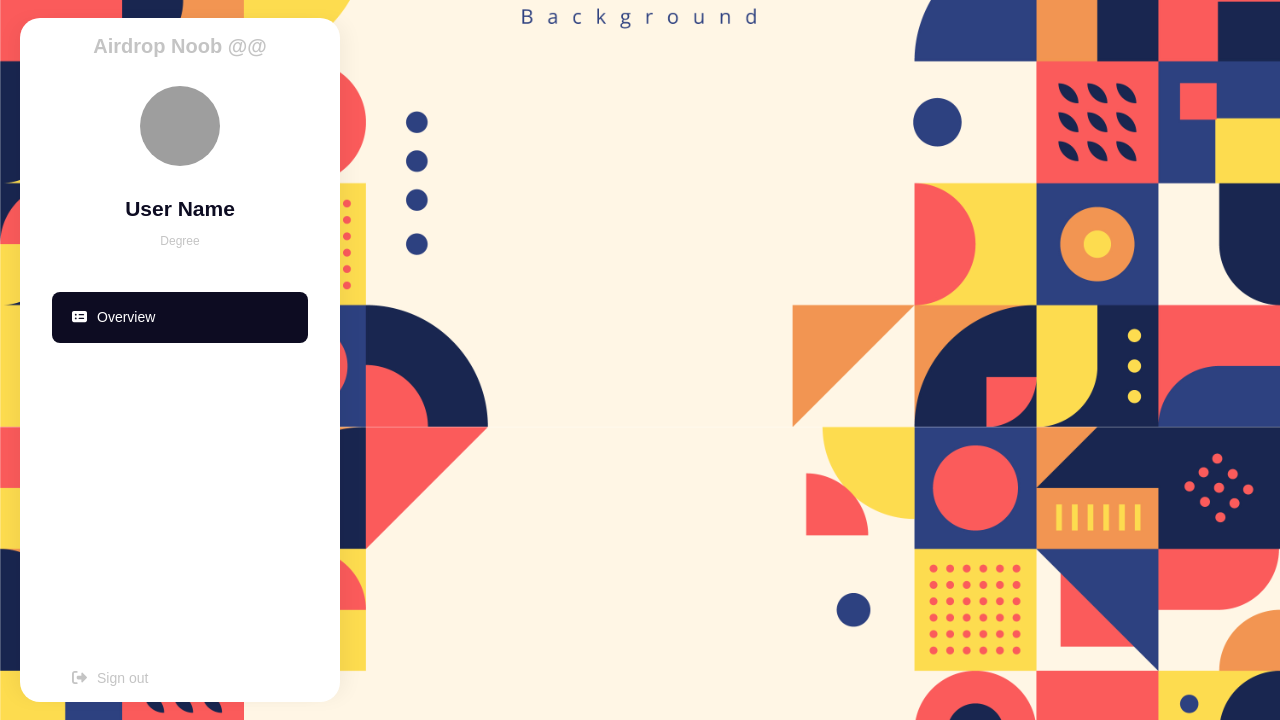
Repository: conGaStuer/airdropmamager
Page: /
An editor plug-in stored every save of this project. The page is shown before and after the next save, followed by the edit.
The browser window is 1280 px wide. The pictures show the whole page.
Pictures or frames that could not be fetched are drawn as grey boxes. The project was rebuilt for these pictures with package versions that can differ from the ones it lists, and the page was loaded fresh each time. The framework's server and built-in components were replaced by stand-ins that run in the browser. Also part of the build but not shown: next.config.ts.

Above is the page before, as saved 2025-05-25 19:59:58.

### src/app/layout.tsx
import type { Metadata } from "next";
import { Geist, Geist_Mono } from "next/font/google";
import "../styles/globals.css";
import "../lib/fontawesome";
const geistSans = Geist({
  variable: "--font-geist-sans",
  subsets: ["latin"],
});

const geistMono = Geist_Mono({
  variable: "--font-geist-mono",
  subsets: ["latin"],
});

export const metadata: Metadata = {
  title: "Create Next App",
  description: "Generated by create next app",
};

export default function RootLayout({
  children,
}: Readonly<{
  children: React.ReactNode;
}>) {
  return (
    <html lang="en">
      <body
        className={`${geistSans.variable} ${geistMono.variable} antialiased`}
      >
        {children}
      </body>
    </html>
  );
}

### src/app/page.tsx
import Link from "next/link";
import SideBar from "../components/SideBar";
export default function Home() {
  return (
    <div className="home">
      {/* <Link href="/airdrops">
        <button>Đi đến trang Airdrops</button>
      </Link> */}
      <SideBar />
    </div>
  );
}

### src/styles/globals.css
@tailwind base;
@tailwind components;
@tailwind utilities;

:root {
  --background: #ffffff;
  --foreground: #171717;
}

@media (prefers-color-scheme: dark) {
  :root {
    --background: #0a0a0a;
    --foreground: #ededed;
  }
}

body {
  color: var(--foreground);
  background: var(--background);
  font-family: Arial, Helvetica, sans-serif;
  background-image: url("../styles/bg.jpg");
  background-size: cover;
  background-position: center;
}

### src/lib/fontawesome.js
// src/lib/fontawesome.js
import { config } from "@fortawesome/fontawesome-svg-core";
import "@fortawesome/fontawesome-svg-core/styles.css";
config.autoAddCss = false; // ⛔️ Ngăn tự thêm CSS vì Next.js xử lý riêng

### src/components/SideBar.js
import React from "react";
import "../styles/sideBar.scss";
import { FontAwesomeIcon } from "@fortawesome/react-fontawesome";
import {
  faEdit,
  faTrash,
  faRectangleList,
  faChartSimple,
  faCreditCard,
  faBarsProgress,
  faGear,
  faHeadset,
  faRightFromBracket,
} from "@fortawesome/free-solid-svg-icons";

export default function SideBar() {
  return (
    <div className="side-bar">
      <div className="side-info">
        <h4>Airdrop Noob @@</h4>
        <div className="user-profile">
          <img src="/path/to/image.jpg" />
          <h4>User Name</h4>
          <p>Degree</p>
        </div>
      </div>
      <div className="side-menu">
        <div className="menu-element menu-element1">
          <FontAwesomeIcon icon={faRectangleList} className="icon" />
          <span>Overview</span>
        </div>
        <div className="menu-element">
          <FontAwesomeIcon icon={faChartSimple} className="icon" />
          <span>Analytics</span>
        </div>
        <div className="menu-element">
          <FontAwesomeIcon icon={faCreditCard} className="icon" />
          <span>Card</span>
        </div>
        <div className="menu-element">
          <FontAwesomeIcon icon={faBarsProgress} className="icon" />
          <span>Manage</span>
        </div>
        <div className="menu-element">
          <FontAwesomeIcon icon={faGear} className="icon" />
          <span>Setting</span>
        </div>
        <div className="menu-element">
          <FontAwesomeIcon icon={faHeadset} className="icon" />

          <span>Support</span>
        </div>
      </div>
      <div className="side-logout">
        <FontAwesomeIcon icon={faRightFromBracket} className="icon" />
        <span>Sign out</span>
      </div>
    </div>
  );
}

### src/styles/sideBar.scss
@mixin center-div {
  display: flex;
  flex-direction: column;
  justify-content: space-between;
  align-items: center;
}
@mixin no-space-text {
  margin: 0px;
  padding: 0px;
}
.side-bar {
  @include center-div();
  width: 25%;
  height: 95vh;
  position: fixed;
  top: 2.5%;
  left: 20px;
  border-radius: 20px;
  background-color: white;
  color: #c4c4c4;
  box-shadow: 10px 0 20px -5px rgba(0, 0, 0, 0.05),
    -10px 0 20px -5px rgba(0, 0, 0, 0.05);
  .icon {
    font-size: 15px;
    margin-right: 10px;
    position: relative;
    top: -1px;
  }
  .side-info {
    width: 80%;
    height: 37%;
    display: flex;
    flex-direction: column;
    justify-content: space-around;
    align-items: center;

    h4 {
      @include no-space-text();
      font-size: 20px;
      font-weight: bold;
    }
    .user-profile {
      width: 75%;
      height: 68%;
      @include center-div();

      img {
        width: 80px;
        height: 80px;
        border-radius: 50%;
      }
      h4 {
        font-size: 21px;
        font-weight: bold;
        @include no-space-text();
        position: relative;
        top: 5px;
        color: #0d0c22;
      }
      p {
        @include no-space-text();
        font-size: 12px;
        position: relative;
        top: -8px;
      }
    }
  }
  .side-menu {
    width: 80%;
    height: 50%;
    @include center-div();

    .menu-element {
      width: 100%;
      height: 15%;
      background-color: white;
      border-radius: 8px;
      font-size: 14px;
      display: flex;
      align-items: center;
      padding: 20px;
      color: white;
    }
    .menu-element1 {
      background-color: #0d0c22;
    }
  }
  .side-logout {
    width: 80%;
    height: 7%;
    display: flex;
    align-items: center;
    padding: 20px;
    span {
      font-size: 14px;
    }
  }
}

Loaded but not shown: tailwind.config.ts (common file)

After the next save:
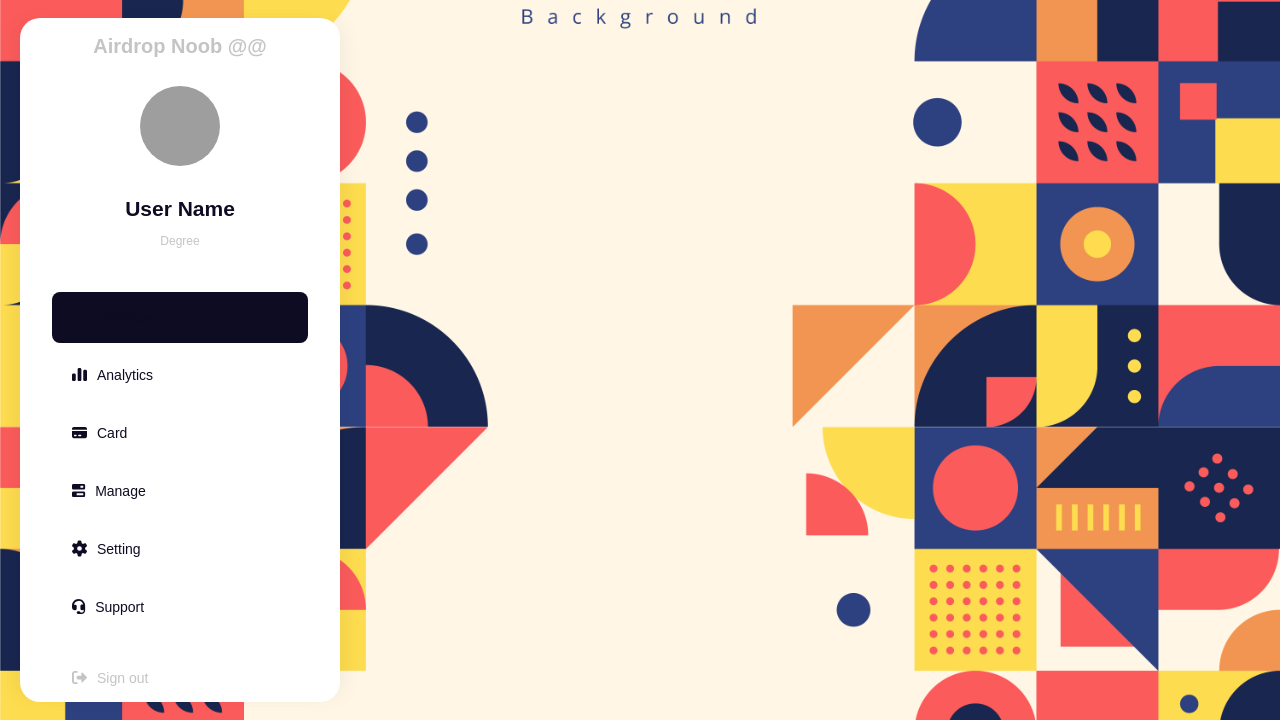
Saved 17 s later.
--- a/src/styles/sideBar.scss
+++ b/src/styles/sideBar.scss
@@ -79,7 +79,7 @@
       display: flex;
       align-items: center;
       padding: 20px;
-      color: white;
+      color: #0d0c22;
     }
     .menu-element1 {
       background-color: #0d0c22;
